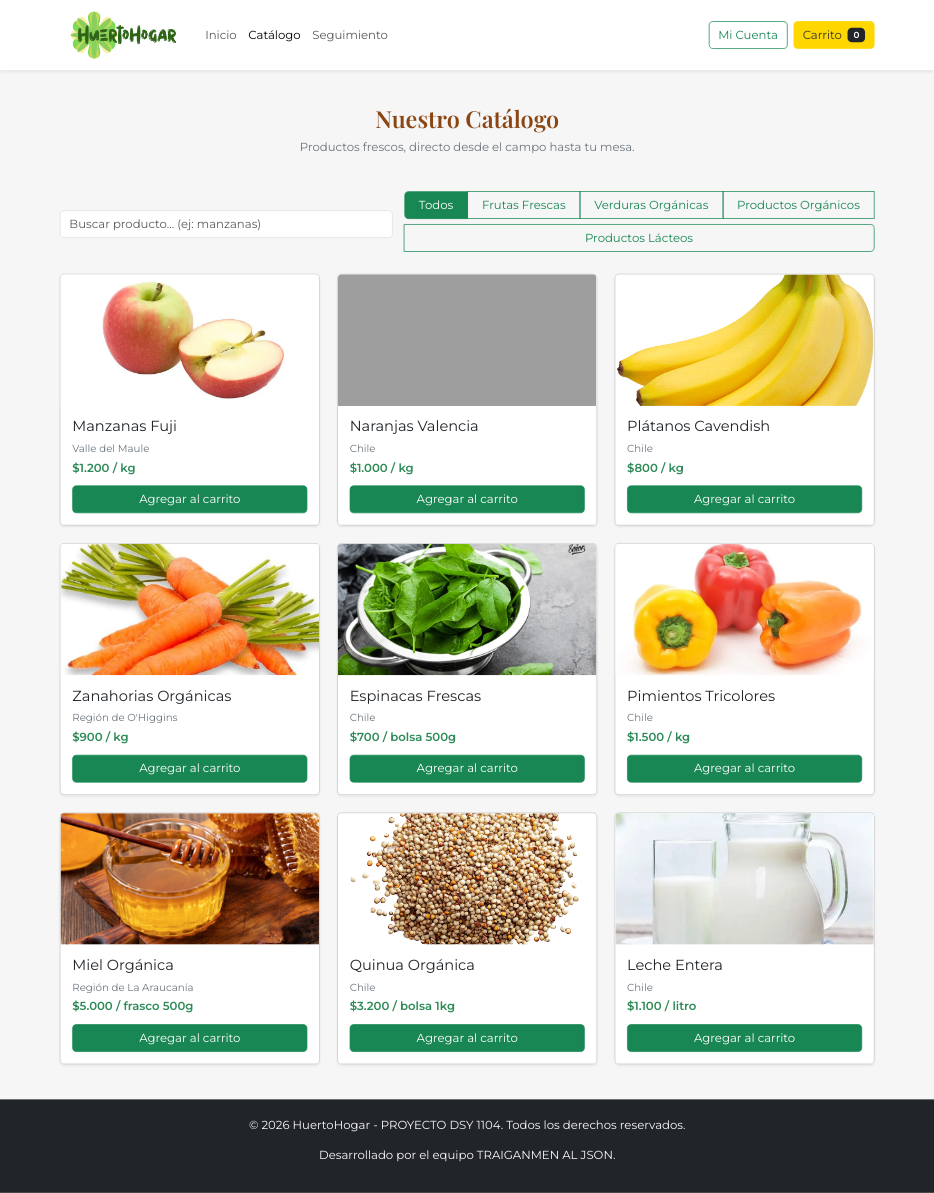
Repository: RottZen/Ev_1_Huerto_Hogar
Page: 2_catalogo/catalogo.html
An editor plug-in stored every save of this project. The page is shown before and after the next save, followed by the edit.
The browser window is 1280 px wide. The pictures show the whole page, at 73% of full size.
Pictures or frames that could not be fetched are drawn as grey boxes.

Above is the page before, as saved 2026-09-08 20:28:33.

After the next save:
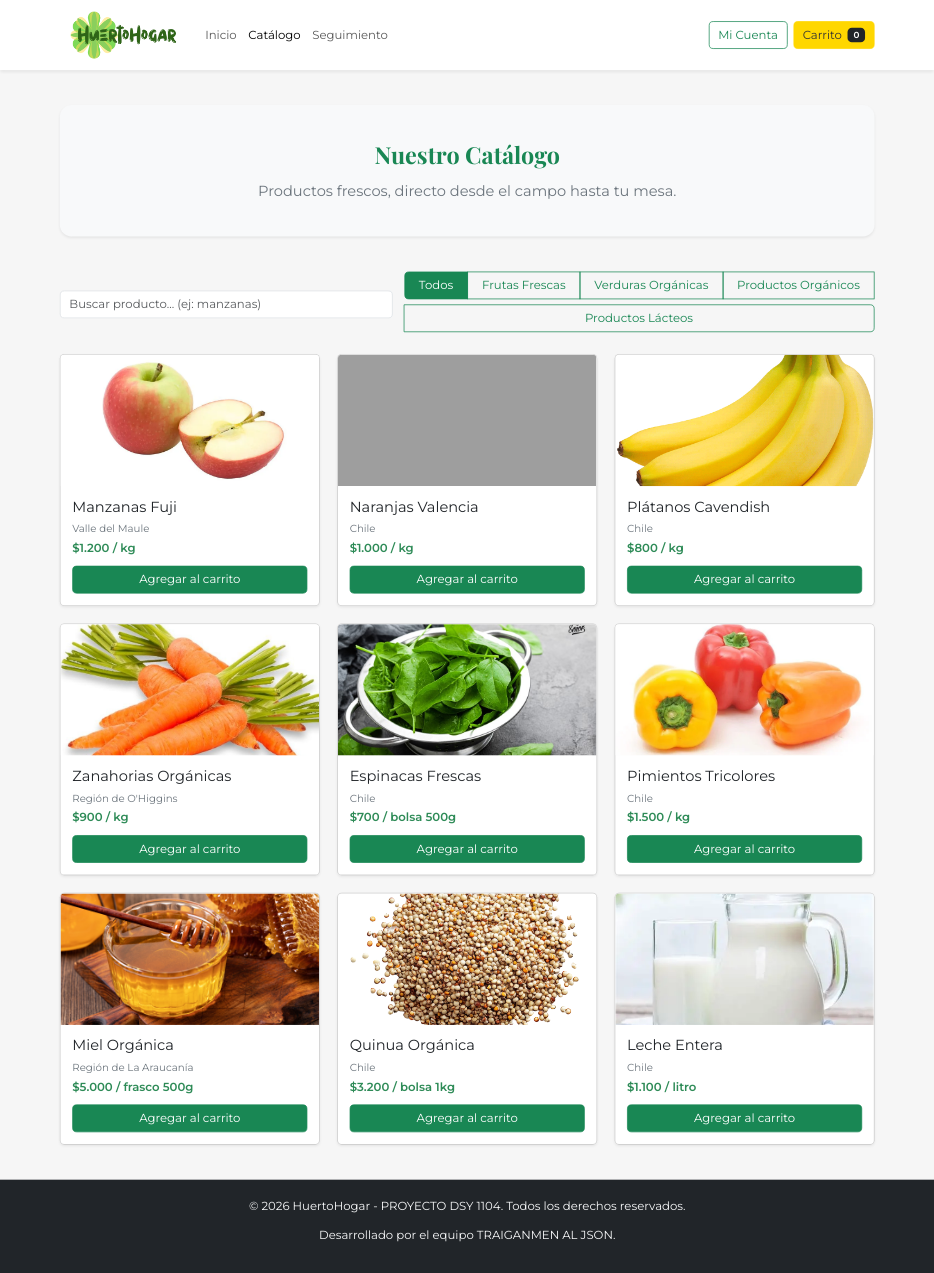
Saved 14 min 17 s later.
--- a/2_catalogo/catalogo.html
+++ b/2_catalogo/catalogo.html
@@ -45,9 +45,9 @@
 
     <!-- CONTENEDOR DEL CATÁLOGO -->
     <main class="container my-5 flex-grow-1">
-        <div class="text-center mb-5">
-            <h2 class="font-playfair">Nuestro Catálogo</h2>
-            <p class="text-secondary">Productos frescos, directo desde el campo hasta tu mesa.</p>
+        <div class="text-center p-5 mb-5 rounded-4 shadow-sm bg-light">
+            <h2 class="font-playfair fw-bold text-success mb-3">Nuestro Catálogo</h2>
+            <p class="text-secondary lead mb-0">Productos frescos, directo desde el campo hasta tu mesa.</p>
         </div>
 
         <div class="row mb-4 g-3 align-items-center">
